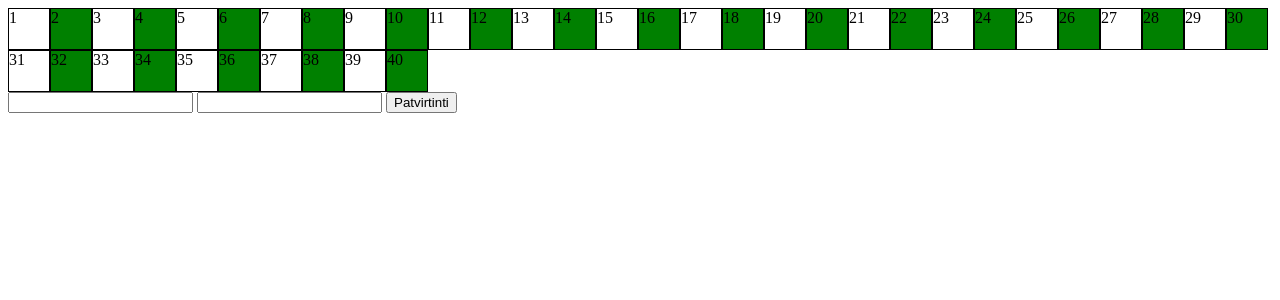
Repository: motiejus1/05-paskaita-JS-pataisyta
Page: index.html
These files come from the project's save history. The page is drawn as it stood at one moment and after the next save; the edit follows.
The browser window is 1280 px wide. The pictures show the whole page.

Above is the page before, as saved 2021-06-14 12:03:09.

After the next save:
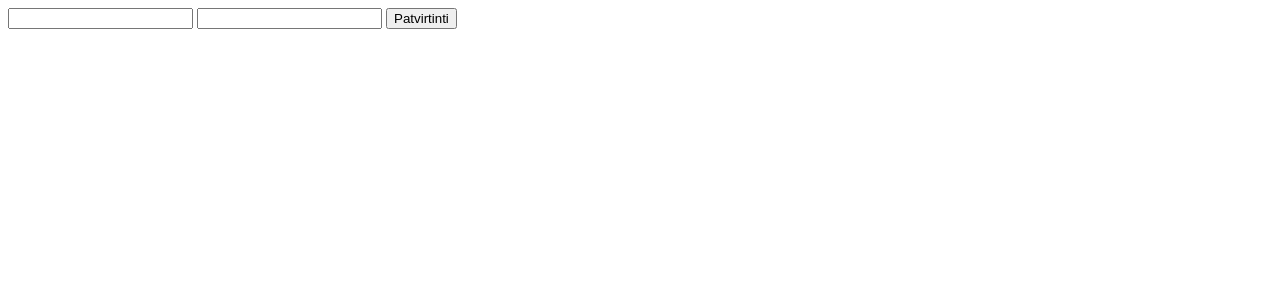
Console error: ReferenceError: pElementas is not defined
Saved 28 s later.
--- a/script.js
+++ b/script.js
@@ -61,7 +61,7 @@
 
 for (let i=0; i<40; i++) {
 
-    let pElementas = document.createElement("p"); // sukurtas bet neatvaizduojamas
+    pElementas = document.createElement("p"); // sukurtas bet neatvaizduojamas
 
     let divElementas = document.createElement("div"); // div sukurtas, bet neatvaizduojamas
     divElementas.classList.add("div-dydis");

After the 2 saves that followed:
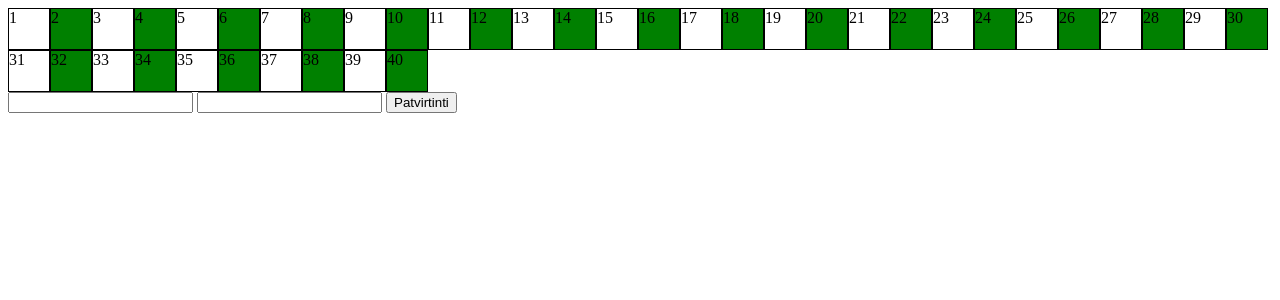
The error is gone.
The 2 saves are shown as one change because they came seconds apart.
The last was saved 8 s later.
--- a/script.js
+++ b/script.js
@@ -59,6 +59,8 @@
 
 let zingsniai = 0;
 
+let pElementas;
+
 for (let i=0; i<40; i++) {
 
     pElementas = document.createElement("p"); // sukurtas bet neatvaizduojamas
